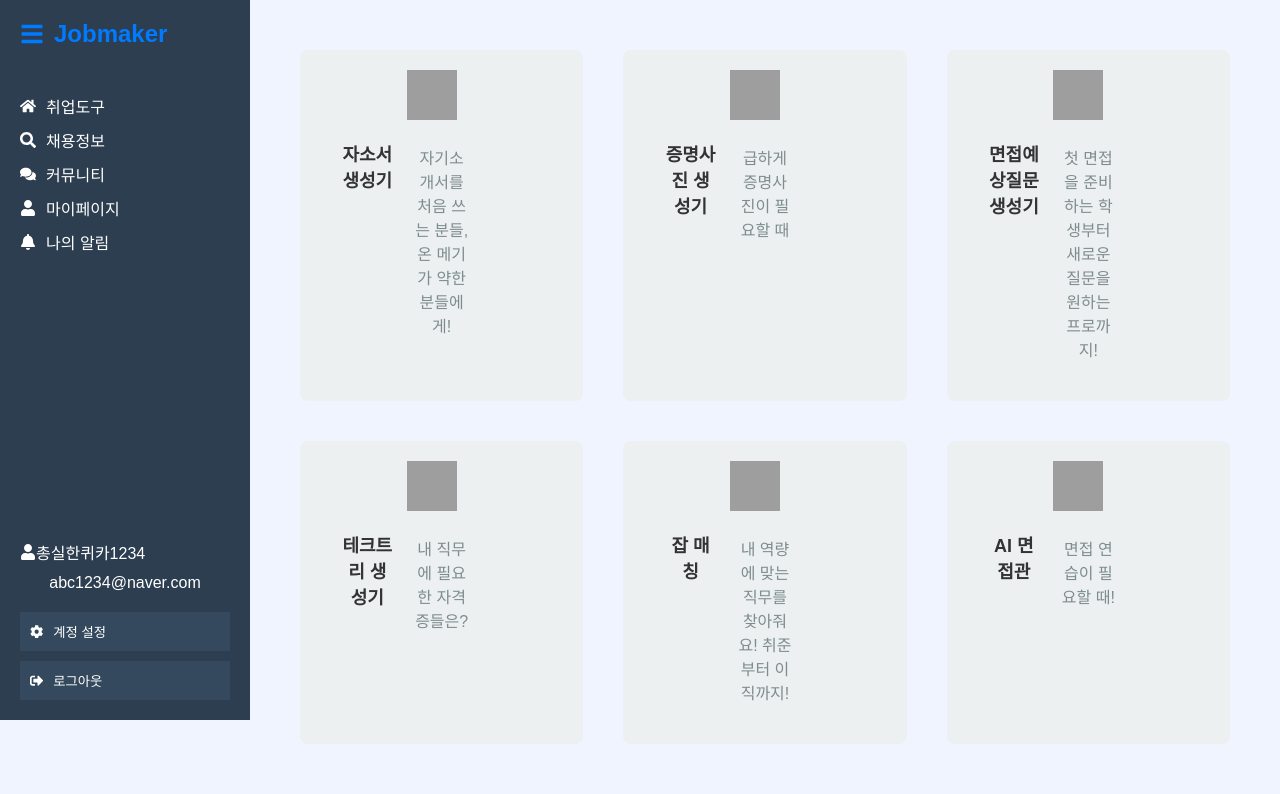
Repository: HSfac/jobmaker
Page: /main
These files come from the project's save history. The page is drawn as it stood at one moment and after the next save; the edit follows.
The browser window is 1280 px wide. The pictures show the whole page.
Pictures or frames that could not be fetched are drawn as grey boxes. The project was rebuilt for these pictures with package versions that can differ from the ones it lists, and the page was loaded fresh each time. Also part of the build but not shown: src/components/Header.jsx, src/components/Footer.css, src/components/Footer.jsx, src/pages/LandingPage.jsx, src/pages/InfosPage.jsx, src/pages/CommunityPage.jsx, src/pages/MyPage.jsx, src/components/SocialLoginButton.css and 9 more.

Above is the page before, as saved 2024-07-13 16:44:32.

### src/App.js
import React from 'react';
import { BrowserRouter as Router, Route, Routes } from 'react-router-dom';
import MainPage from './pages/MainPage';
import LandingPage from './pages/LandingPage';
import InfosPage from './pages/InfosPage';
import CommunityPage from './pages/CommunityPage';
import MyPage from './pages/MyPage';
import LoginPage from './pages/LoginPage';
import SignupPage from './pages/SignupPage';
import EmailSignupPage from './pages/EmailSignupPage';

import MainLayout from './layouts/MainLayout'; // 새로 생성한 레이아웃 컴포넌트
import './App.css';

function App() {
  return (
    <Router>
      <div className="App">
        <Routes>
          <Route path="/" element={<LandingPage />} />
          <Route path="/login" element={<LoginPage />} />
          <Route path="/signup" element={<SignupPage />} />
          <Route path="/email-signup" element={<EmailSignupPage />} />
          <Route element={<MainLayout />}>
            <Route path="/main" element={<MainPage />} />
            <Route path="/infos" element={<InfosPage />} />
            <Route path="/community" element={<CommunityPage />} />
            <Route path="/mypage" element={<MyPage />} />
          </Route>
        </Routes>
      </div>
    </Router>
  );
}

export default App;

### src/pages/MainPage.jsx
import React from 'react';
import ToolCard from '../components/ToolCard';
import './MainPage.css';


const tools = [
  {
    title: "자소서 생성기",
    description: "자기소개서를 처음 쓰는 분들, 온 메기가 약한 분들에게!",
    image: "../assets/images/icons/icon2.png",
  },
  {
    title: "증명사진 생성기",
    description: "급하게 증명사진이 필요할 때",
    image:"../assets/images/icons/icon2.png",
  },
  {
    title: "면접예상질문 생성기",
    description: "첫 면접을 준비하는 학생부터 새로운 질문을 원하는 프로까지!",
    image:"../assets/images/icons/icon2.png",
  },
  {
    title: "테크트리 생성기",
    description: "내 직무에 필요한 자격증들은?",
    image: "../assets/images/icons/icon2.png",
  },
  {
    title: "잡 매칭",
    description: "내 역량에 맞는 직무를 찾아줘요! 취준부터 이직까지!",
    image: "../assets/images/icons/icon2.png",
  },
  {
    title: "AI 면접관",
    description: "면접 연습이 필요할 때!",
    image: "../assets/images/icons/icon2.png",
  },
];

const MainPage = () => {
  return (
    <div className="main-page">
      <div className="content">
        {tools.map((tool, index) => (
          <ToolCard
            key={index}
            title={tool.title}
            description={tool.description}
            image={tool.image}
          />
        ))}
      </div>
    </div>
  );
};

export default MainPage;

### src/layouts/MainLayout.jsx
import React from 'react';
import { Outlet } from 'react-router-dom';
import Sidebar from '../components/Sidebar';
//import './MainLayout.css';

const MainLayout = () => {
  return (
    <div className="main-layout">
      <Sidebar />
      <div className="page-content">
        <Outlet />
      </div>
    </div>
  );
};

export default MainLayout;

### src/App.css
.App {
  font-family: sans-serif;
  text-align: center;
  height: 100vh;
  display: flex;
  flex-direction: column;
}

.main-content {
  display: flex;
  flex: 1;
}

.page-content {
  flex: 1;
  padding: 20px;
  margin-left: 250px; /* 사이드바의 넓이만큼 왼쪽 여백을 설정 */
  transition: margin-left 0.3s;
}

.sidebar.closed + .page-content {
  margin-left: 80px; /* 사이드바가 닫혔을 때 여백 설정 */
}

### src/components/ToolCard.jsx
import React from 'react';
import './ToolCard.css';

const ToolCard = ({ title, description, image }) => {
  return (
    <div className="tool-card">
      <img src={image} alt={title} className="icon" />
      <div className="content">
        <h3>{title}</h3>
        <p>{description}</p>
      </div>
    </div>
  );
};

export default ToolCard;

### src/pages/MainPage.css
.main-page {
  display: flex;
}

.content {
  flex-grow: 1;
  padding: 20px;
  display: grid;
  grid-template-columns: repeat(3, 1fr);
  gap: 20px;
}

### src/pages/LandingPage.css
/* LandingPage.css */

@font-face {
  font-family: 'Pretendard';
  src: url('../assets/fonts/Pretendard-Regular.ttf') format('truetype');
  font-weight: 400;
}

@font-face {
  font-family: 'Pretendard';
  src: url('../assets/fonts/Pretendard-SemiBold.ttf') format('truetype');
  font-weight: 600;
}
:root {
  --bg-color: #f0f4ff;
  --text-color: #333;
  --primary-color: #3a73e1;
  --secondary-color: #fff;
  --question-bg-color: #4a90e2;
}

[data-theme="dark"] {
  --bg-color: #121212;
  --text-color: #e0e0e0;
  --primary-color: #bb86fc;
  --secondary-color: #333;
  --question-bg-color: #3700b3;
}

body {
  background-color: var(--bg-color);
  color: var(--text-color);
  margin: 0;
  padding: 0;
  font-family: 'Pretendard', sans-serif;
}

.landing-page {
  display: flex;
  flex-direction: column;
  min-height: 100vh;
}

.main-content {
  flex: 1;
  display: flex;
  flex-direction: column;
  align-items: center;
  background-color: var(--primary-color);
  color: var(--secondary-color);
}

.hero {
  display: flex;
  justify-content: space-between;
  align-items: center;
  max-width: 1200px;
  width: 100%;
  padding: 50px;
}


.hero-text h1 {
  font-size: 4em; /* Increased font size */
  font-family: 'Pretendard', sans-serif;
  font-weight: 600; /* SemiBold */
  margin-bottom: 20px;
}

.hero-text p {
  font-family: 'Pretendard', sans-serif;
  font-weight: 400; /* Regular */
}

.hero-text button.primary {
  background-color: var(--secondary-color);
  color: var(--primary-color);
  padding: 10px 20px;
  border: none;
  border-radius: 5px;
  font-size: 1.2em;
  cursor: pointer;
  transition: border-color 0.3s;
}

.hero-text button.primary:hover {
  border: 2px solid var(--primary-color);
}

.hero-images {
  flex: 1;
  display: flex;
  justify-content: center;
  align-items: center;


}

.hero-images img {
  max-width: 100%;
  height: auto;

}

.second-section {
  width: 100%;
  font-size: 1.5em;
  padding: 50px 20px;
  background-color: var(--bg-color);
  color: var(--text-color);
  text-align: center;
  position: relative;
  overflow: hidden;
  font-weight: 700; /* SemiBold */
}

.second-section h2 {
  color: var(--primary-color);
  font-size: 1.5em;
  font-weight: 700; /* SemiBold */
}

.sliding-images {
  display: flex;
  flex-direction: column;
  align-items: center;
  justify-content: center;
  height: 280px; /* Adjust as needed */
  position: relative;
}

.sliding-images img {
  width: 300%; /* Make the images smaller */
  position: absolute;
  animation-duration: 30s; /* Slow down the animation */
  animation-timing-function: linear;
  animation-iteration-count: infinite;
}

.sliding-images img:nth-child(1) {
  top: 0;
  left: -100%;
  animation-name: slide-in-left;
}

.sliding-images img:nth-child(2) {
  top: 50%;
  left: 100%;
  animation-name: slide-in-right;
}

@keyframes slide-in-left {
  0%, 100% {
    left: -100%;
  }
  50% {
    left: 100%;
  }
}

@keyframes slide-in-right {
  0%, 100% {
    left: 100%;
  }
  50% {
    left: -100%;
  }
}

.generators {
  display: flex;
  justify-content: space-around;
  flex-wrap: wrap;
}

.generator-card {
  background-color: var(--secondary-color);
  color: var(--primary-color);
  border-radius: 10px;
  padding: 20px;
  margin: 10px;
  width: 200px;
  cursor: pointer;
  transition: transform 0.2s;
}

.generator-card:hover {
  transform: scale(1.05);
}

.generator-card h3 {
  margin-top: 0;
}

.generator-card p {
  margin: 10px 0 0;
  font-size: 20px;
}

/* 기존 CSS 생략 */

.third-section {

  width: 100%;
  padding: 10px 20px;
  background-color: var(--bg-color);
  color: var(--text-color);
  text-align: center;

}

.third-section h2 {
  font-size: 2.2em;
  color: var(--primary-color);
  font-weight: 700; /* SemiBold */
}

.third-section h3 {
  font-size: 1em;
  font-weight: 600; /* SemiBold */
}

.example-container {
  display: flex;
  flex-wrap: wrap;
  justify-content: center;
  gap: 20px;
  margin-top: 20px;
  flex-direction: column; /* 세로로 배치 */
}

.example-image.left {
  align-self: flex-start;
  margin: 0 50px; /* 이미지 양옆 여백 설정 */
  animation: slide-left 5s infinite;
}

.example-image.center1 {
  align-self: center;
  margin: 0 50px; /* 이미지 양옆 여백 설정 */
}

.example-image.right {
  align-self: flex-end;
  margin: 0 50px; /* 이미지 양옆 여백 설정 */
  animation: slide-right 5s infinite;
}

.example-image.center2 {
  align-self: center;
  margin: 0 50px; /* 이미지 양옆 여백 설정 */
}

@keyframes slide-left {
  0% {
    transform: translateX(0);
  }
  50% {
    transform: translateX(-20px); /* 원하는 슬라이드 거리 설정 */
  }
  100% {
    transform: translateX(0);
  }
}

@keyframes slide-right {
  0% {
    transform: translateX(0);
  }
  50% {
    transform: translateX(20px); /* 원하는 슬라이드 거리 설정 */
  }
  100% {
    transform: translateX(0);
  }
}

/* 기존 CSS 생략 */




.fourth-section {
  width: 100%;
  padding: 50px 20px;
  background-color: var(--bg-color);
  color: var(--text-color);
  text-align: center;
}

.fourth-section h2 {
  font-size: 2.2em;
  color: var(--primary-color);
  font-weight: 700; /* SemiBold */
  margin-bottom: 10px;
}

.fourth-section h3 {
  font-size: 26px;
  font-weight: 700; /* SemiBold */
  margin-bottom: 30px;
}

.sliding-tags {
  overflow: hidden;
  white-space: nowrap;
  box-sizing: border-box;
}

.tags-wrapper {
  display: inline-block;
  animation: slide 45s linear infinite;

}

.tag {
  font-size: 20px;
  display: inline-block;
  background-color: var(--primary-color);
  color: var(--secondary-color);
  padding: 20px 40px;
  margin: 0 10px;
  border-radius: 500px;
  font-weight: 600; /* SemiBold */
}

@keyframes slide {
  0% {
    transform: translateX(100%);
  }
  100% {
    transform: translateX(-100%);
  }
}

.fifth-section {
  width: 100%;
  padding: 50px 20px;
  background-color: var(--bg-color);
  color: var(--text-color);
  text-align: center;
}

.fifth-section h2 {
  margin-top: 70px;
  font-size: 2.2em;
  color: var(--primary-color);
  font-weight: 700; /* SemiBold */
}

.fifth-section h3 {
  font-size: 26px;
  font-weight: 700; /* SemiBold */
  margin-top: 10px;
  margin-bottom: 30px;
}

.pricing-plans {
  display: flex;
  justify-content: center;
  gap: 25px;
  flex-wrap: wrap;
  margin-bottom: 200px;
}

.plan {
  background-color: var(--secondary-color);
  color: var(--primary-color);
  border-radius: 10px;
  padding: 20px;
  margin: 10px;
  width: 250px;
  text-align: center;
}

.plan h3 {
  margin-top: 0;
}

.plan p {
  font-size: 20px;
  font-weight: 700; /* SemiBold */
}

.plan ul {
  list-style: none;
  padding: 0;
}

.plan ul li {
  margin: 10px 0;
}

.plan button.primary {
  background-color: var(--secondary-color);
  color: var(--primary-color);
  padding: 10px 20px;
  border: 2px solid var(--primary-color);
  border-radius: 5px;
  font-size: 1.2em;
  cursor: pointer;
  transition: background-color 0.3s, color 0.3s;
}

.plan button.primary:hover {
  background-color: var(--primary-color);
  color: var(--secondary-color);
}

.footer {
  background-color: var(--primary-color);
  color: var(--secondary-color);
  padding: 20px;
  text-align: center;
  position: relative;
  bottom: 0;
  width: 100%;
  margin-top: auto;
}

### src/components/Sidebar.jsx
import React, { useState } from 'react';
import { FaHome, FaSearch, FaComments, FaUser, FaBell, FaCog, FaSignOutAlt, FaBars } from 'react-icons/fa';
import { Link } from 'react-router-dom';
import './Sidebar.css';
import AlertModal from './AlertModal';

const Sidebar = () => {
  const [isOpen, setIsOpen] = useState(true);
  const [isModalOpen, setIsModalOpen] = useState(false);

  const toggleSidebar = () => {
    setIsOpen(!isOpen);
  };

  const toggleModal = () => {
    setIsModalOpen(!isModalOpen);
  };

  return (
    <div className={`sidebar ${isOpen ? 'open' : 'closed'}`}>
      <div className="logo" onClick={toggleSidebar}>
        <FaBars />
        {isOpen && <span>Jobmaker</span>}
      </div>
      <ul className="menu">
        <li>
          <Link to="/main">
            <FaHome />
            {isOpen && <span>취업도구</span>}
          </Link>
        </li>
        <li>
          <Link to="/infos">
            <FaSearch />
            {isOpen && <span>채용정보</span>}
          </Link>
        </li>
        <li>
          <Link to="/community">
            <FaComments />
            {isOpen && <span>커뮤니티</span>}
          </Link>
        </li>
        <li>
          <Link to="/mypage">
            <FaUser />
            {isOpen && <span>마이페이지</span>}
          </Link>
        </li>
        <li onClick={toggleModal} style={{cursor: 'pointer'}}>
          <FaBell />
          {isOpen && <span>나의 알림</span>}
        </li>
      </ul>
      <div className="user-info">
        <div className="username">
          <FaUser />
          {isOpen && <span>총실한퀴카1234</span>}
        </div>
        {isOpen && <div className="email">abc1234@naver.com</div>}
        <div className="settings">
          <button className="settings-btn">
            <FaCog />
            {isOpen && <span>계정 설정</span>}
          </button>
          <button className="logout-btn">
            <FaSignOutAlt />
            {isOpen && <span>로그아웃</span>}
          </button>
        </div>
      </div>
      {isModalOpen && <AlertModal onClose={toggleModal} />}
    </div>
  );
};

export default Sidebar;

### src/components/ToolCard.css
.tool-card {
  background-color: #ecf0f1;
  border-radius: 8px;
  padding: 20px;
  margin: 10px;
  display: flex;
  align-items: center;
  cursor: pointer;
  flex-direction: column;
  transition: background-color 0.3s;
}

.tool-card:hover {
  background-color: #bdc3c7;
}

.icon {
  width: 50px;
  height: 50px;
  margin-right: 20px;
}

.content {
  flex-grow: 1;
}

h3 {
  margin: 0;
  font-size: 18px;
}

p {
  margin: 5px 0 0;
  color: #7f8c8d;
}

### src/components/Header.css
.header {
  display: flex;
  justify-content: space-between;
  align-items: center;
  padding: 10px 20px;
  background-color: #f8f9fa;
  border-bottom: 1px solid #e0e0e0;
}

.logo {
  font-size: 24px;
  font-weight: bold;
  color: #007bff;
}

.nav-links a {
  margin-left: 10px;
  color: #333;
  text-decoration: none;
}

.nav-links a:hover {
  text-decoration: underline;
}

### src/components/Sidebar.css
.sidebar {
  width: 250px;
  height: 100vh;
  background-color: #2c3e50;
  color: white;
  padding: 20px;
  box-sizing: border-box;
  display: flex;
  flex-direction: column;
  justify-content: space-between;
  transition: width 0.3s;
  position: fixed;
  top: 0;
  left: 0;
}

.sidebar.closed {
  width: 80px;
}

.logo {
  font-size: 24px;
  font-weight: bold;
  margin-bottom: 20px;
  cursor: pointer;
  display: flex;
  align-items: center;
}

.logo span {
  margin-left: 10px;
}

.menu {
  list-style: none;
  padding: 0;
}

.menu li {
  margin: 10px 0;
  display: flex;
  align-items: center;
}

.menu li a {
  display: flex;
  align-items: center;
  color: white;
  text-decoration: none;
}

.menu li span {
  margin-left: 10px;
}

.user-info {
  margin-top: auto;
}

.username {
  display: flex;
  align-items: center;
  margin-bottom: 10px;
}

.email {
  margin-bottom: 10px;
}

.settings {
  display: flex;
  flex-direction: column;
}

.settings-btn, .logout-btn {
  display: flex;
  align-items: center;
  width: 100%;
  margin-top: 10px;
  padding: 10px;
  background-color: #34495e;
  color: white;
  border: none;
  cursor: pointer;
}

.settings-btn span, .logout-btn span {
  margin-left: 10px;
}

Loaded but not shown: public/index.html (common file); src/index.js (common file); src/index.css (common file); src/reportWebVitals.js (common file)

After the next save:
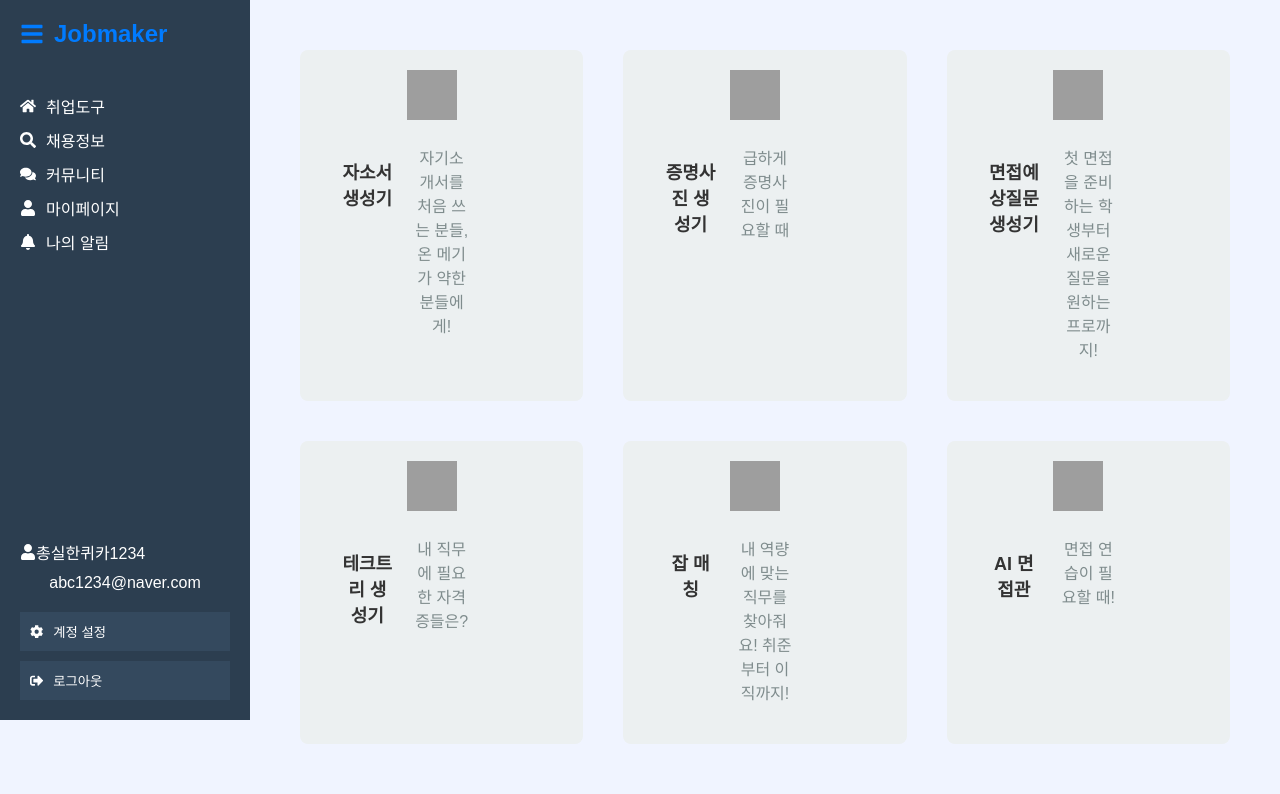
Saved 23 s later.
--- a/src/components/ToolCard.css
+++ b/src/components/ToolCard.css
@@ -25,7 +25,7 @@
 }
 
 h3 {
-  margin: 0;
+  margin: 5;
   font-size: 18px;
 }
 
